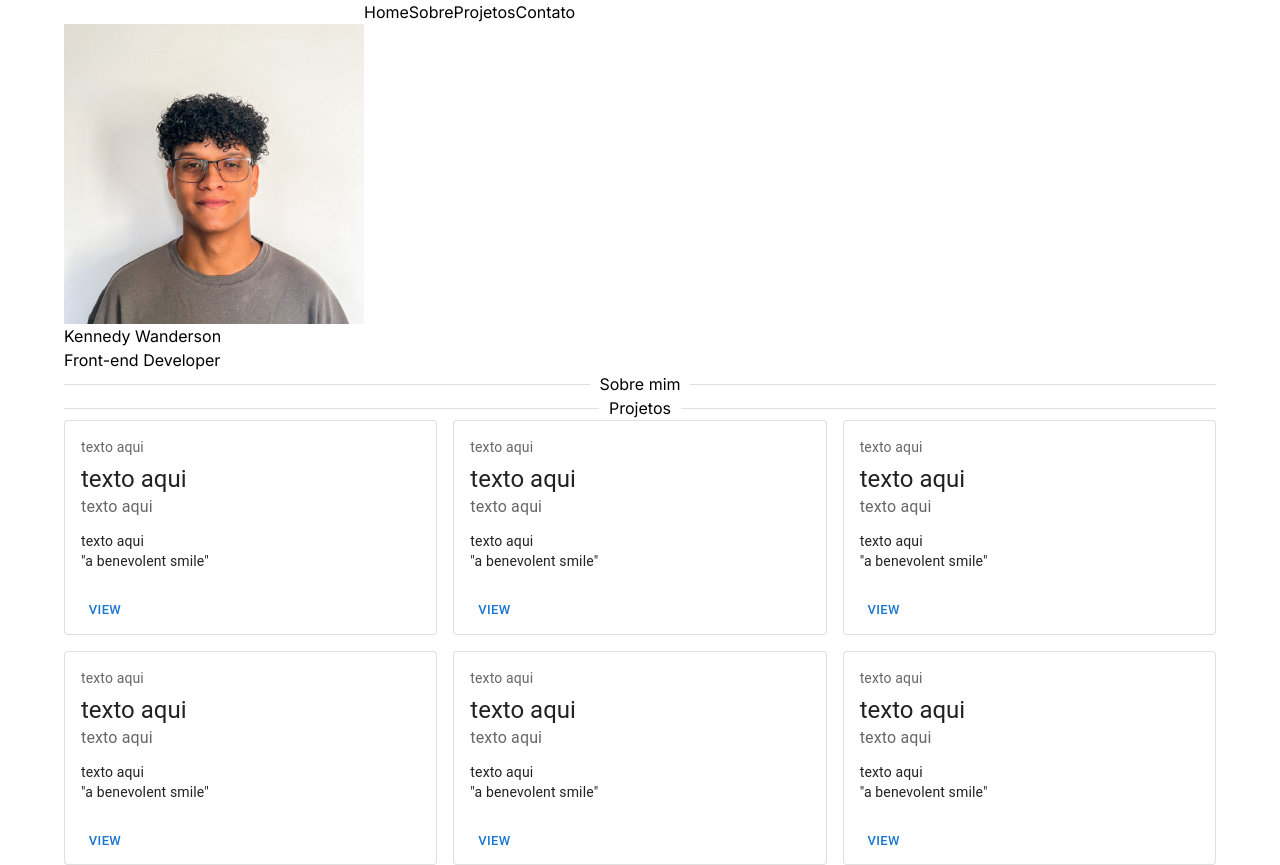
Repository: KennedyWanderson/landing
Page: /
An editor plug-in stored every save of this project. The page is shown before and after the next save, followed by the edit.
The browser window is 1280 px wide. The pictures show the whole page.
The project was rebuilt for these pictures with package versions that can differ from the ones it lists, and the page was loaded fresh each time. The framework's server and built-in components were replaced by stand-ins that run in the browser. Also part of the build but not shown: next.config.js.

Above is the page before, as saved 2024-01-07 11:02:24.

After the next save:
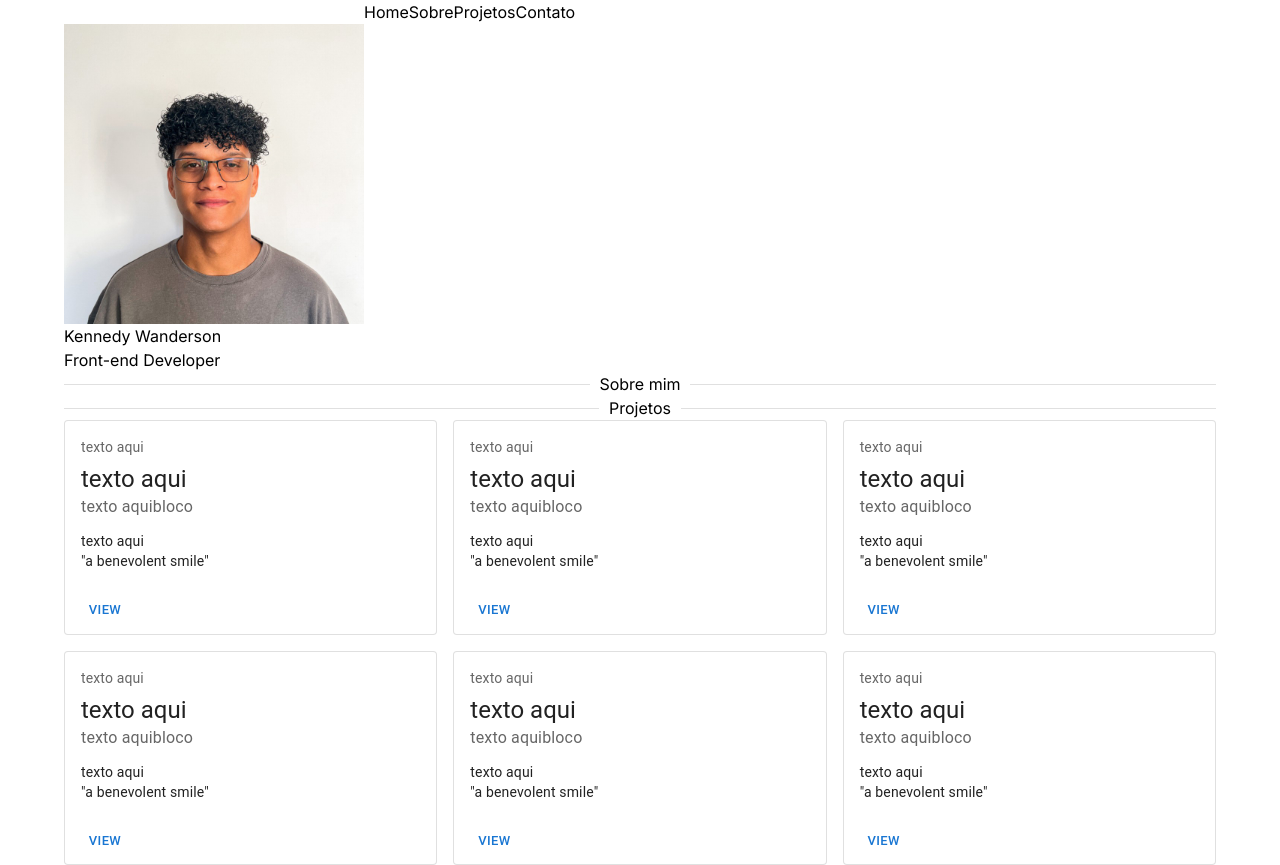
Saved 38 s later.
--- a/src/Components/Card.tsx
+++ b/src/Components/Card.tsx
@@ -49,7 +49,7 @@ function CardContentComponent(props: AboutProps) {
                     {props.text}
                 </Typography>
                 <Typography sx={{ mb: 1.5 }} color="text.secondary">
-                    {props.text}
+                    {props.text}bloco
                 </Typography>
                 <Typography variant="body2">
                     {props.text}
